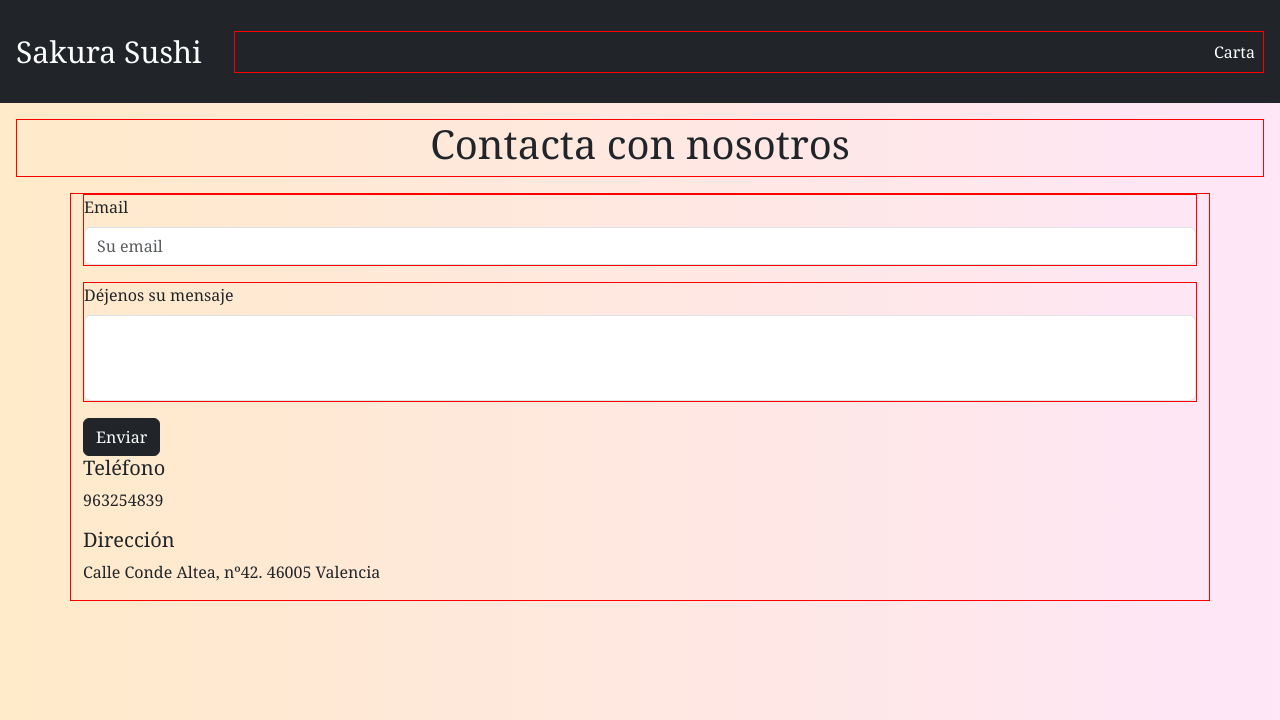
Repository: aipacheco/Fuji-restaurante
Page: contact.html
These files come from the project's save history. The page is drawn as it stood at one moment and after the next save; the edit follows.
The browser window is 1280 px wide. The pictures show the whole page.
Some web libraries are served in a nearby version.

Above is the page before, as saved 2024-01-27 11:46:07.

### contact.html
<!DOCTYPE html>
<html lang="en">
  <head>
    <meta charset="UTF-8" />
    <meta name="viewport" content="width=device-width, initial-scale=1.0" />

    <link
      href="https://cdn.jsdelivr.net/npm/bootstrap@5.3.2/dist/css/bootstrap.min.css"
      rel="stylesheet"
      integrity="sha384-T3c6CoIi6uLrA9TneNEoa7RxnatzjcDSCmG1MXxSR1GAsXEV/Dwwykc2MPK8M2HN"
      crossorigin="anonymous"
    />
    <link rel="stylesheet" href="./css/styles.css" />
    <title>Contacta con nosotros</title>
  </head>

  <body>
    <!-- Navbar -->
    <nav class="navbar navbar-expand-lg bg-dark" data-bs-theme="dark">
      <a class="navbar-brand d-flex align-items-center m-3" href="./index.html">
        <span id="icon">Sakura Sushi</span>
      </a>

      <button
        class="navbar-toggler m-3"
        type="button"
        data-toggle="collapse"
        data-target="#navbarNavDropdown"
        aria-controls="navbarNavDropdown"
        aria-expanded="false"
        aria-label="Toggle navigation"
      >
        <span class="navbar-toggler-icon"></span>
      </button>

      <div
        class="collapse navbar-collapse justify-content-end m-3"
        id="navbarNavDropdown"
      >
        <ul class="navbar-nav align-items-center">
          <li class="nav-item active m-2">
            <a href="/menu.html">Carta</a>
          </li>
        </ul>
      </div>
    </nav>

    <div class="row d-flex justify-content-center text-center m-3">

        <h1>Contacta con nosotros</h1>


    </div>

    <div class="container">

        <form action="./answer.html">
          <div class="mb-3">
            <label for="formGroupExampleInput" class="form-label">Email</label>
            <input
              type="email"
              id="formGroupExampleInput"
              class="form-control"
              placeholder="Su email"
              required
            />
          </div>
          <div class="mb-3">
            <label for="exampleFormControlTextarea1" class="form-label"
              >Déjenos su mensaje</label
            >
            <textarea
              class="form-control"
              id="exampleFormControlTextarea1"
              rows="3"
            ></textarea>
          </div>

          <button class="btn btn-dark" type="submit">Enviar</button>
        </form>


      <h5>Teléfono</h5>
        <p>963254839</p>
        <h5>Dirección</h5>
        <p>Calle Conde Altea, nº42. 46005 Valencia</p>

    </div>
    <script src="https://code.jquery.com/jquery-3.2.1.slim.min.js"></script>
    <script src="https://cdnjs.cloudflare.com/ajax/libs/popper.js/1.12.9/umd/popper.min.js"></script>
    <script src="https://maxcdn.bootstrapcdn.com/bootstrap/4.0.0/js/bootstrap.min.js"></script>
  </body>
</html>

### css/styles.css
body {
  font-family:Georgia, 'Times New Roman', Times, serif !important;
  margin: 0;
  padding: 0;
  background: rgb(255, 234, 201);
  background: linear-gradient(
    90deg,
    rgba(255, 234, 201, 1) 0%,
    rgba(255, 230, 248, 1) 100%
  );
  height: 100vh;
  width: 100vw;
}
div{
  border:1px solid red
}
a{
  text-decoration: none;
  color: white;
}
#icon{
    font-size: 1.5em;
}
textarea{
  resize: none !important;
}
.card{
  background-color: rgba(250, 235, 215, 0.212);
}

After the next save:
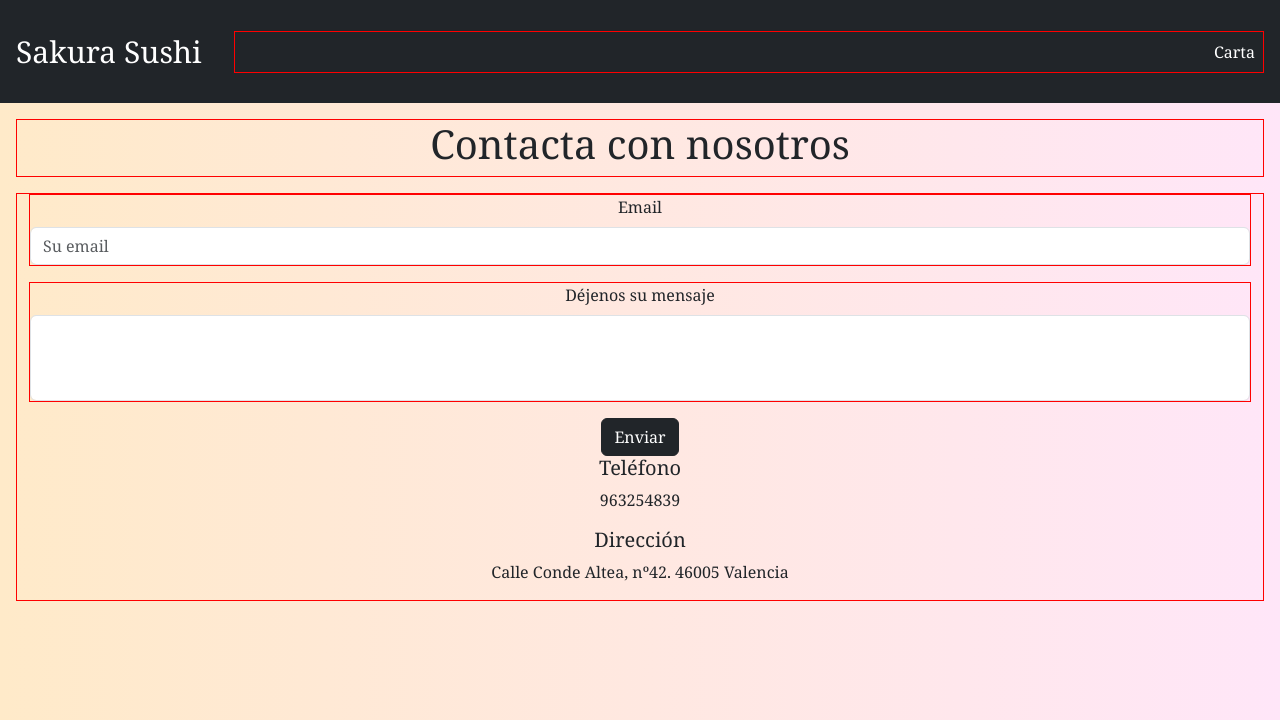
Saved 19 s later.
--- a/contact.html
+++ b/contact.html
@@ -52,7 +52,7 @@
 
     </div>
 
-    <div class="container">
+    <div class="row d-flex justify-content-center text-center m-3">
 
         <form action="./answer.html">
           <div class="mb-3">

After the save that followed:
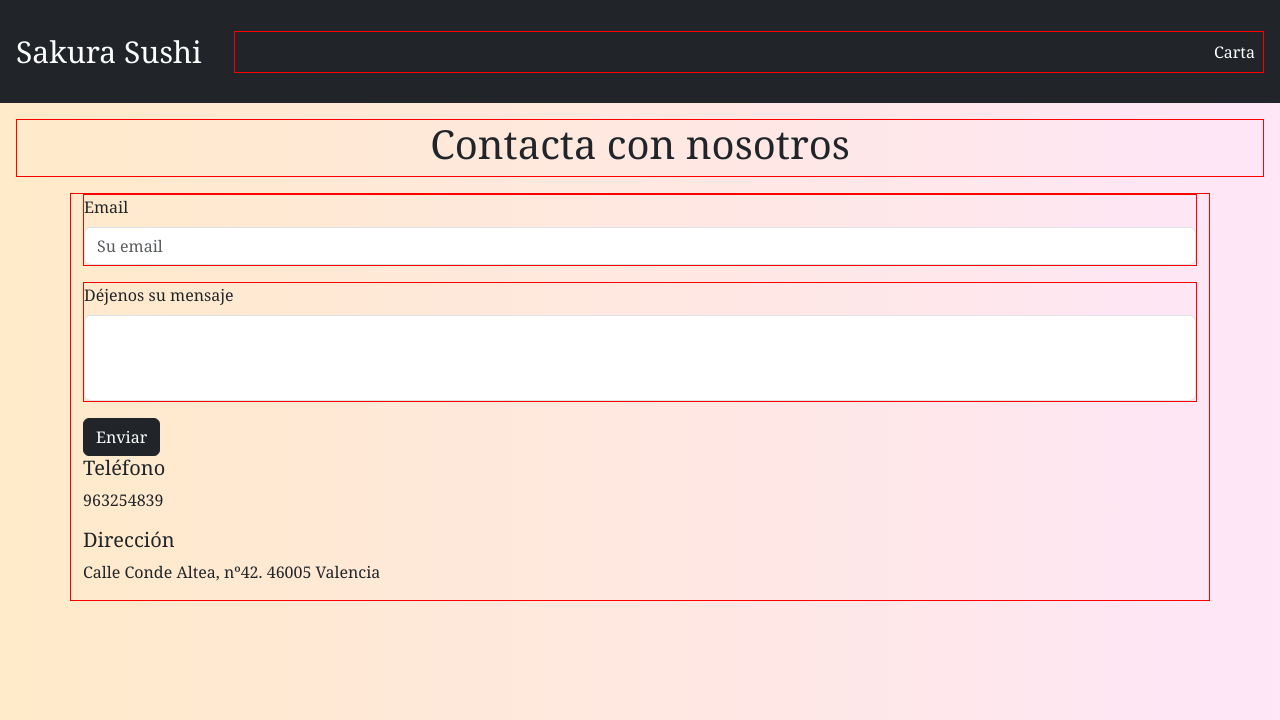
Saved 4 s later.
--- a/contact.html
+++ b/contact.html
@@ -52,7 +52,7 @@
 
     </div>
 
-    <div class="row d-flex justify-content-center text-center m-3">
+    <div class="container">
 
         <form action="./answer.html">
           <div class="mb-3">
